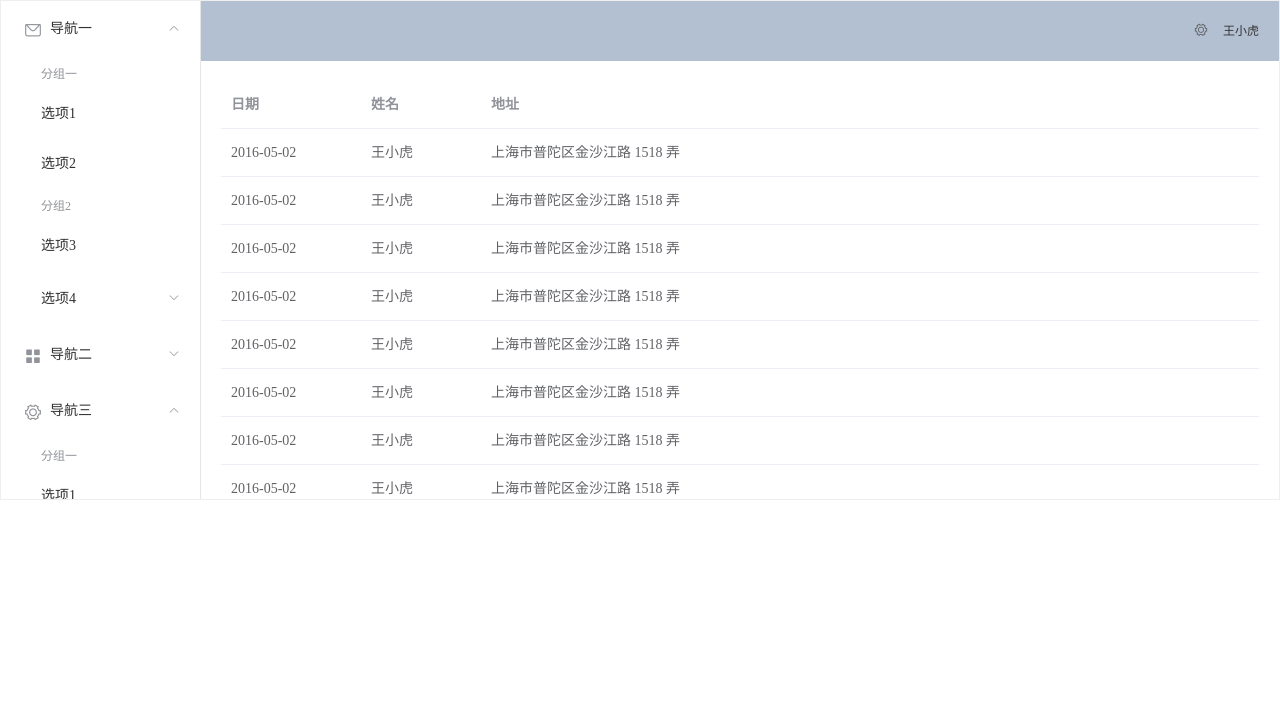
Repository: fish-zmy/wangzherongyao
Page: / (app in admin/)
An editor plug-in stored every save of this project. The page is shown before and after the next save, followed by the edit.
The browser window is 1280 px wide. The pictures show the whole page.
An inner scrolling area shows only its first screen. The project was rebuilt for these pictures with package versions that can differ from the ones it lists, and the page was loaded fresh each time. Also part of the build but not shown: admin/vue.config.js. Imported but missing from the stored project, and not drawn on this page: admin/src/views/Home.vue.

Above is the page before, as saved 2020-06-16 15:51:33.

### admin/src/App.vue
<template>
  <div id="app">

    <router-view/>
  </div>
</template>

<style>
html,body{
  margin:0;
  padding:0;
}
</style>

### admin/src/router/index.js
import Vue from 'vue'
import VueRouter from 'vue-router'
import Home from '../views/Home.vue'
import Main from '../views/Main.vue'

Vue.use(VueRouter)

  const routes = [
  {
    path: '/',
    name: 'main',
    component: Main
  },

]

const router = new VueRouter({
  routes
})

export default router

### admin/src/views/Main.vue
<template>
  <el-container style="height: 500px; border: 1px solid #eee">
    <el-aside width="200px" style="background-color: rgb(238, 241, 246)">
      <el-menu :default-openeds="['1', '3']">
        <el-submenu index="1">
          <template slot="title">
            <i class="el-icon-message"></i>导航一
          </template>
          <el-menu-item-group>
            <template slot="title">分组一</template>
            <el-menu-item index="1-1">选项1</el-menu-item>
            <el-menu-item index="1-2">选项2</el-menu-item>
          </el-menu-item-group>
          <el-menu-item-group title="分组2">
            <el-menu-item index="1-3">选项3</el-menu-item>
          </el-menu-item-group>
          <el-submenu index="1-4">
            <template slot="title">选项4</template>
            <el-menu-item index="1-4-1">选项4-1</el-menu-item>
          </el-submenu>
        </el-submenu>
        <el-submenu index="2">
          <template slot="title">
            <i class="el-icon-menu"></i>导航二
          </template>
          <el-menu-item-group>
            <template slot="title">分组一</template>
            <el-menu-item index="2-1">选项1</el-menu-item>
            <el-menu-item index="2-2">选项2</el-menu-item>
          </el-menu-item-group>
          <el-menu-item-group title="分组2">
            <el-menu-item index="2-3">选项3</el-menu-item>
          </el-menu-item-group>
          <el-submenu index="2-4">
            <template slot="title">选项4</template>
            <el-menu-item index="2-4-1">选项4-1</el-menu-item>
          </el-submenu>
        </el-submenu>
        <el-submenu index="3">
          <template slot="title">
            <i class="el-icon-setting"></i>导航三
          </template>
          <el-menu-item-group>
            <template slot="title">分组一</template>
            <el-menu-item index="3-1">选项1</el-menu-item>
            <el-menu-item index="3-2">选项2</el-menu-item>
          </el-menu-item-group>
          <el-menu-item-group title="分组2">
            <el-menu-item index="3-3">选项3</el-menu-item>
          </el-menu-item-group>
          <el-submenu index="3-4">
            <template slot="title">选项4</template>
            <el-menu-item index="3-4-1">选项4-1</el-menu-item>
          </el-submenu>
        </el-submenu>
      </el-menu>
    </el-aside>

    <el-container>
      <el-header style="text-align: right; font-size: 12px">
        <el-dropdown>
          <i class="el-icon-setting" style="margin-right: 15px"></i>
          <el-dropdown-menu slot="dropdown">
            <el-dropdown-item>查看</el-dropdown-item>
            <el-dropdown-item>新增</el-dropdown-item>
            <el-dropdown-item>删除</el-dropdown-item>
          </el-dropdown-menu>
        </el-dropdown>
        <span>王小虎</span>
      </el-header>

      <el-main>
        <el-table :data="tableData">
          <el-table-column prop="date" label="日期" width="140"></el-table-column>
          <el-table-column prop="name" label="姓名" width="120"></el-table-column>
          <el-table-column prop="address" label="地址"></el-table-column>
        </el-table>
      </el-main>
    </el-container>
  </el-container>
</template>


<style>
.el-header {
  background-color: #b3c0d1;
  color: #333;
  line-height: 60px;
}

.el-aside {
  color: #333;
}
</style>

<script>
export default {
  data() {
    const item = {
      date: "2016-05-02",
      name: "王小虎",
      address: "上海市普陀区金沙江路 1518 弄"
    };
    return {
      tableData: Array(20).fill(item)
    };
  }
};
</script>

Loaded but not shown: admin/public/index.html (common file); admin/src/main.js (common file); admin/src/plugins/element.js (common file)

After the next save:
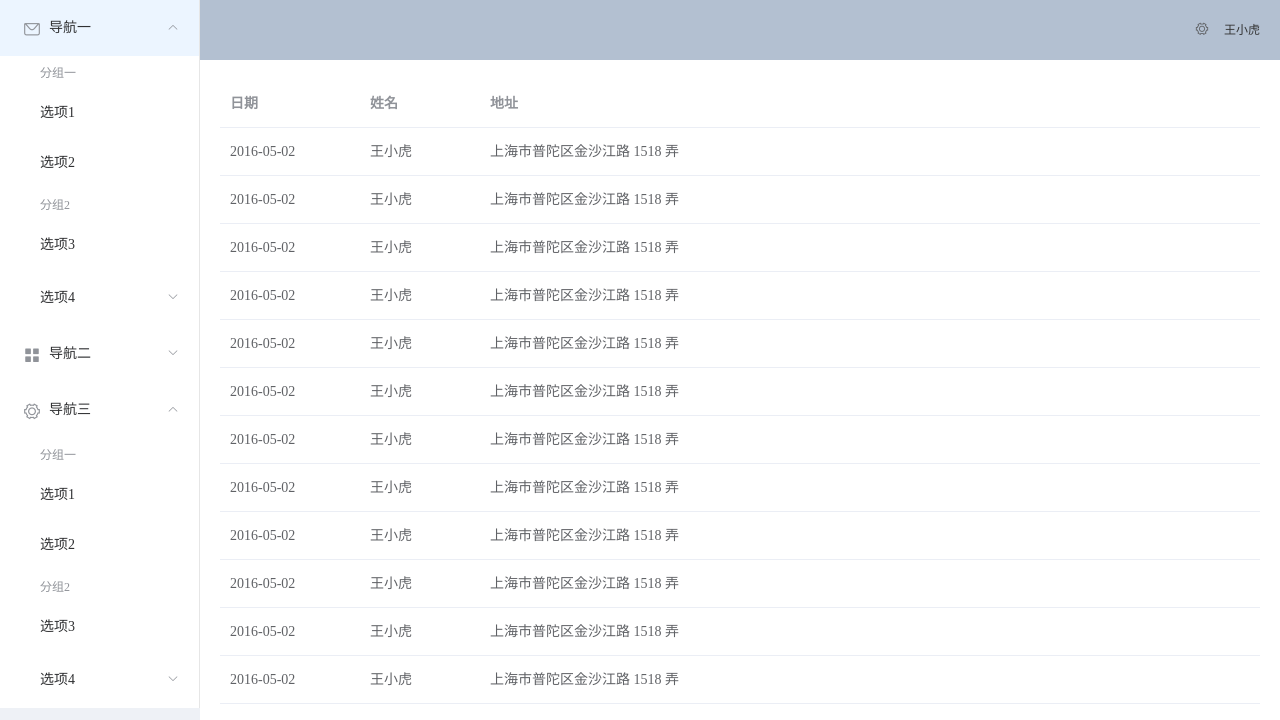
Saved 35 s later.
--- a/admin/src/views/Main.vue
+++ b/admin/src/views/Main.vue
@@ -1,5 +1,5 @@
 <template>
-  <el-container style="height: 500px; border: 1px solid #eee">
+  <el-container style="height: 100vh">
     <el-aside width="200px" style="background-color: rgb(238, 241, 246)">
       <el-menu :default-openeds="['1', '3']">
         <el-submenu index="1">
